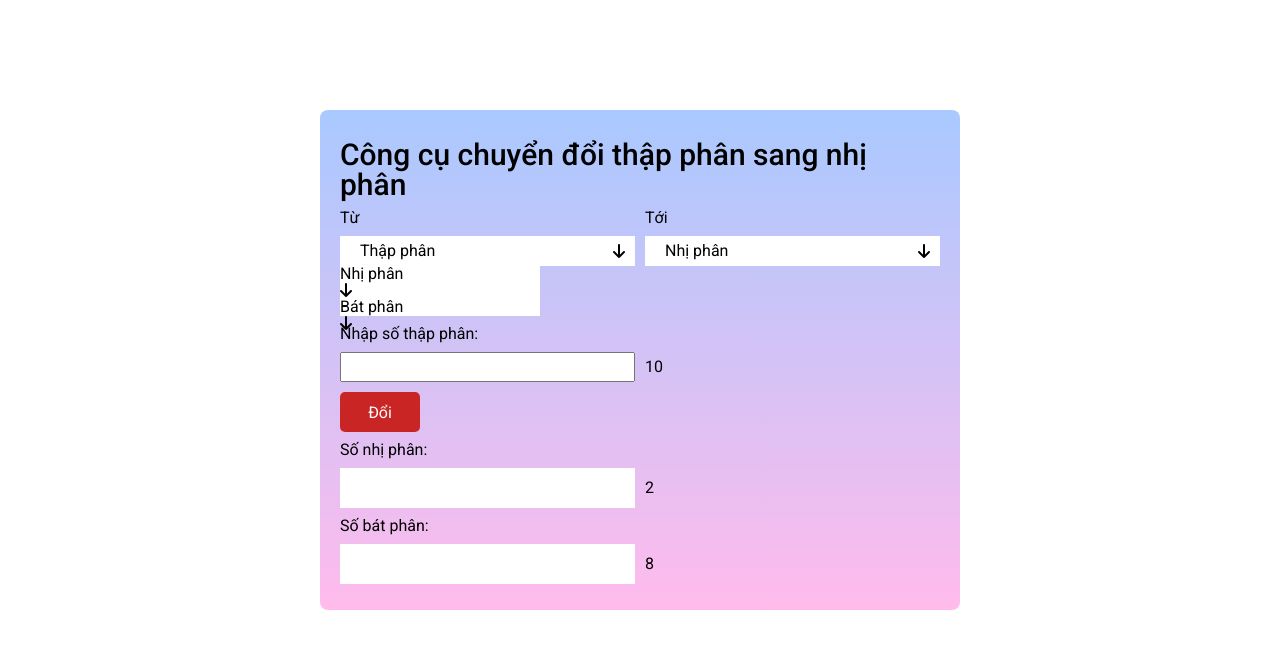
Repository: thuanpham00/covertNumber
Page: index.html
An editor plug-in stored every save of this project. The page is shown before and after the next save, followed by the edit.
The browser window is 1280 px wide. The pictures show the whole page.
Some web libraries are served in a nearby version. The style sheet was rebuilt from its Sass, Less or Tailwind sources for each picture, by a compiler version that may differ from the author's.

Above is the page before, as saved 2023-11-05 16:44:09.
Console error: TypeError: Cannot read properties of null (reading 'addEventListener')

After the next save:
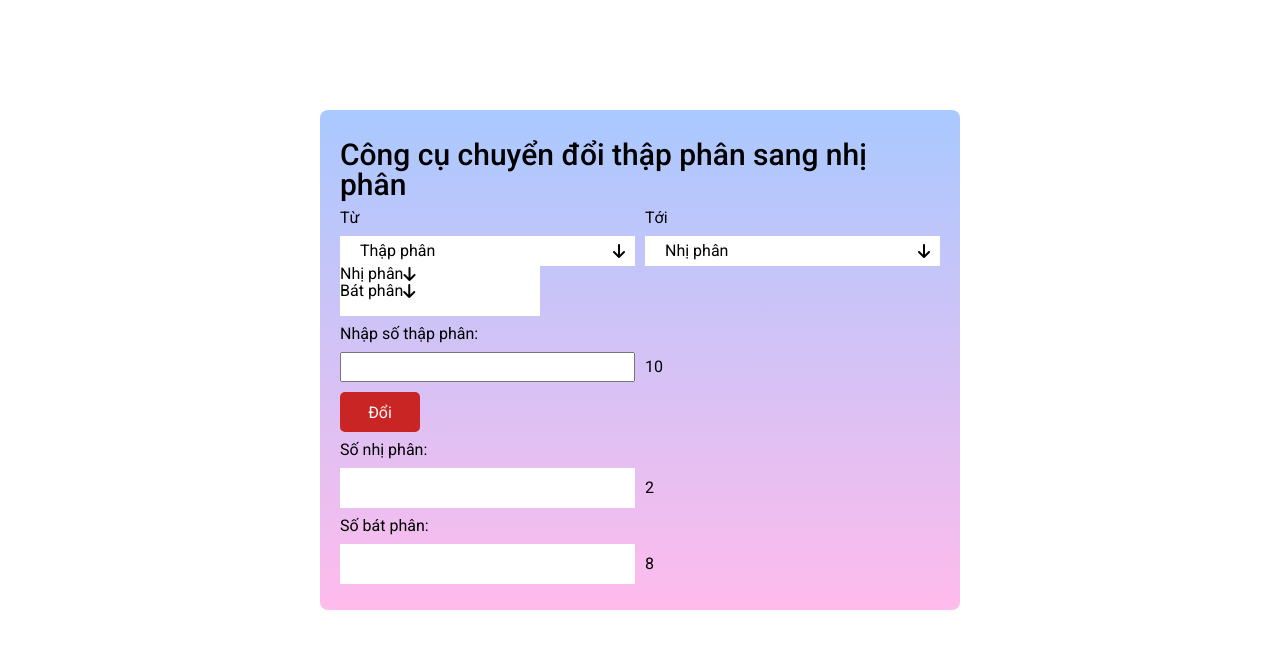
Saved 11 s later.
--- a/scss/main.scss
+++ b/scss/main.scss
@@ -225,4 +225,8 @@ button {
     height: 50px;
     width: 200px;
     background: #fff;
-}
+
+    .list__item {
+        display: flex;
+    }
+}
